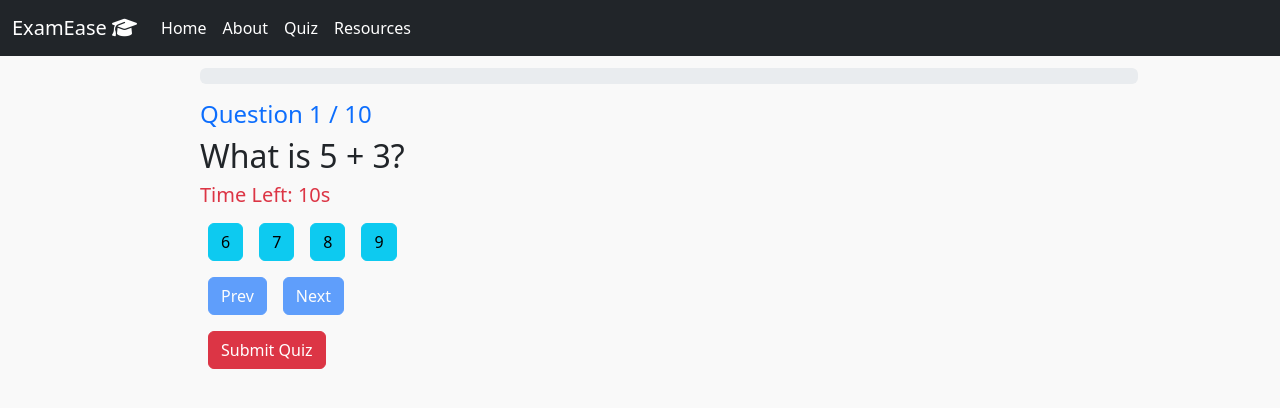
Repository: rahul-chakradhari/devquest
Page: /quiz (app in project/)
These files come from the project's save history. The page is drawn as it stood at one moment and after the next save; the edit follows.
The browser window is 1280 px wide. The pictures show the whole page.
The project was rebuilt for these pictures with package versions that can differ from the ones it lists, and the page was loaded fresh each time. Also part of the build but not shown: project/vite.config.js, project/src/components/Home.jsx, project/src/components/About.jsx, project/src/components/PerformanceAnalysis.jsx, project/src/components/Resources.jsx, project/src/index.css.

Above is the page before, as saved 2025-02-24 15:17:19.

### project/index.html
<!DOCTYPE html>
<html lang="en">
  <head>
    <meta charset="UTF-8" />
    <link rel="icon" type="image/svg+xml" href="/vite.svg" />
    <meta name="viewport" content="width=device-width, initial-scale=1.0" />
    <title>ExamEase - Interactive Quiz & Assessment System</title>
    <link
      href="https://cdn.jsdelivr.net/npm/bootstrap@5.3.3/dist/css/bootstrap.min.css"
      rel="stylesheet"
      integrity="sha384-QWTKZyjpPEjISv5WaRU9OFeRpok6YctnYmDr5pNlyT2bRjXh0JMhjY6hW+ALEwIH"
      crossorigin="anonymous"
    />
    <link rel="stylesheet" href="https://cdnjs.cloudflare.com/ajax/libs/font-awesome/6.5.1/css/all.min.css">

  </head>
  <body>
    <div id="root"></div>
    <script type="module" src="/src/main.jsx"></script>
    <script
      src="https://cdn.jsdelivr.net/npm/bootstrap@5.3.3/dist/js/bootstrap.bundle.min.js"
      integrity="sha384-YvpcrYf0tY3lHB60NNkmXc5s9fDVZLESaAA55NDzOxhy9GkcIdslK1eN7N6jIeHz"
      crossorigin="anonymous"
    ></script>
  </body>
</html>

### project/src/App.jsx
import { useState } from "react";
import "./App.css";
import React from "react";
import { BrowserRouter as Router, Routes, Route } from "react-router-dom";
import Navbar from "./components/Navbar";
import Home from "./components/Home";
import About from "./components/About";
import Quiz from "./components/Quiz";
import ProgressBar from "./components/ProgressBar";
import PerformanceAnalysis from "./components/PerformanceAnalysis";
import Resources from "./components/Resources";

function App() {
  const [count, setCount] = useState(0);
  const [questionStats, setQuestionStats] = useState({});
  return (
    <>
      <Router>
        <Navbar />
        <Routes>
          <Route path="/about" element={<About />} />
          <Route path="/" element={<Home />} />
          <Route path="/quiz" element={<Quiz />} />
          <Route path="/bar" element={<ProgressBar />} />
          <Route
            path="/performance-analysis"
            element={
              <PerformanceAnalysis questionStats={questionStats || {}} />
            }
          />
          <Route path="/res" element={<Resources />} />
        </Routes>
      </Router>
    </>
  );
}

export default App;

### project/src/App.css
.right {
  width: 900px;
  height: 400px;
}
.stl,
.welcome {
  margin-left: 600px;
}
.left {
  font-size: 12px; /* Overall text size kam hoga */
}

.welcome {
  font-size: 18px; /* Heading ke liye */
}

.stl {
  font-size: 12px; /* Description text ke liye */
}
.welcome {
  margin-top: 2px;
}

.quiz-container {
  margin-left: 200px;
  margin-top: 12px;
}
.about {
  margin-left: 12px;
  margin-top: 12px;
}
.progress {
  margin-right: 142px;
}
.resources-container {
  display: grid;
  grid-template-columns: repeat(auto-fit, minmax(250px, 1fr));
  gap: 20px;
  justify-content: center;
  max-width: 1200px;
  margin: 20px auto;
  padding: 10px;
}

.card {
  width: 100%;
  max-width: 280px;
  box-shadow: 0 4px 10px rgba(0, 0, 0, 0.2);
  border-radius: 12px;
  overflow: hidden;
  text-align: center;
  transition: transform 0.3s ease, box-shadow 0.3s ease;
  background: white;
}

.card:hover {
  transform: scale(1.05);
  box-shadow: 0 6px 15px rgba(0, 0, 0, 0.25);
}

.card-img-top {
  width: 100%;
  height: 180px;
  object-fit: cover;
  border-bottom: 2px solid #ddd;
}

.card-body {
  padding: 15px;
}

.card-title {
  font-size: 1.2rem;
  font-weight: bold;
  color: #333;
}

.card-text {
  font-size: 0.9rem;
  color: #555;
  margin: 10px 0;
}

.btn-redeem {
  background: #ff9800;
  color: white;
  padding: 8px 12px;
  border: none;
  border-radius: 5px;
  cursor: pointer;
  font-weight: bold;
  transition: background 0.3s;
}

.btn-redeem:hover {
  background: #e68900;
}
body {
  background-color: #f9f9f9;
}

.bg-white {
  background-color: white;
}

.shadow-lg {
  box-shadow: 0px 4px 6px rgba(0, 0, 0, 0.1);
}

.rounded-lg {
  border-radius: 12px;
}

### project/src/components/Navbar.jsx
import React from "react";
import { Link } from "react-router-dom";

const Navbar = () => {
  return (
    <nav className="navbar navbar-expand-lg navbar-dark bg-dark">
      <div className="container-fluid">
        <Link className="navbar-brand" to="/">
          ExamEase <i className="fa-solid fa-graduation-cap"></i>
        </Link>
        <button
          className="navbar-toggler"
          type="button"
          data-bs-toggle="collapse"
          data-bs-target="#navbarSupportedContent"
          aria-controls="navbarSupportedContent"
          aria-expanded="false"
          aria-label="Toggle navigation"
        >
          <span className="navbar-toggler-icon"></span>
        </button>
        <div className="collapse navbar-collapse" id="navbarSupportedContent">
          <ul className="navbar-nav me-auto mb-2 mb-lg-0">
            <li className="nav-item">
              <Link className="nav-link active" to="/">
                Home
              </Link>
            </li>
            <li className="nav-item">
              <Link className="nav-link active" to="/about">
                About
              </Link>
            </li>
            <li className="nav-item">
              <Link className="nav-link active" to="/quiz">
                Quiz
              </Link>
            </li>
            <li className="nav-item">
              <Link className="nav-link active" to="/res">
                Resources
              </Link>
            </li>
          </ul>
        </div>
      </div>
    </nav>
  );
};

export default Navbar;

### project/src/components/Quiz.jsx
import React, { useState, useEffect } from "react";
import ProgressBar from "./ProgressBar";
import PerformanceAnalysis from "./PerformanceAnalysis"; // Import Performance Analysis

const questions = [
  { question: "What is 5 + 3?", options: ["6", "7", "8", "9"], answer: "8" },
  { question: "What is 12 - 4?", options: ["6", "7", "8", "9"], answer: "8" },
  {
    question: "Solve: (2 + 3) × 4",
    options: ["20", "10", "25", "30"],
    answer: "20",
  },
  { question: "What is 9 ÷ 3?", options: ["1", "3", "9", "6"], answer: "3" },
  {
    question: "Solve: 15 - (4 + 3)",
    options: ["6", "8", "9", "12"],
    answer: "8",
  },
  {
    question: "What is 7 × 2?",
    options: ["10", "12", "14", "16"],
    answer: "14",
  },
  {
    question: "Solve: (8 + 2) ÷ 2",
    options: ["2", "4", "5", "6"],
    answer: "5",
  },
  {
    question: "What is 4 × 3 - 2?",
    options: ["10", "11", "12", "14"],
    answer: "10",
  },
  { question: "Solve: 6 + 4 ÷ 2", options: ["3", "5", "8", "10"], answer: "8" },
  { question: "What is 3²?", options: ["6", "9", "12", "15"], answer: "9" },
];

const Quiz = () => {
  const [currentQuestion, setCurrentQuestion] = useState(0);
  const [selectedAnswers, setSelectedAnswers] = useState({});
  const [timeLeft, setTimeLeft] = useState(15);
  const [score, setScore] = useState(null);
  const [showFeedback, setShowFeedback] = useState(false);
  const [correctAnswers, setCorrectAnswers] = useState([]); // Store correct answers

  useEffect(() => {
    if (timeLeft === 0) {
      handleNext();
      return;
    }
    const timer = setTimeout(() => setTimeLeft(timeLeft - 1), 1000);
    return () => clearTimeout(timer);
  }, [timeLeft]);

  useEffect(() => {
    setTimeLeft(15);
  }, [currentQuestion]);

  const handleNext = () => {
    if (currentQuestion < questions.length - 1) {
      setCurrentQuestion(currentQuestion + 1);
    }
  };

  const handlePrev = () => {
    if (currentQuestion > 0) {
      setCurrentQuestion(currentQuestion - 1);
    }
  };

  const handleAnswerClick = (option) => {
    setSelectedAnswers({
      ...selectedAnswers,
      [currentQuestion]: option,
    });
  };

  const handleSubmit = () => {
    let calculatedScore = 0;
    let correctAnswersList = [];

    questions.forEach((q, index) => {
      const userAnswer = selectedAnswers[index];
      if (userAnswer === q.answer) {
        calculatedScore += 1;
        correctAnswersList.push(index + 1); // Store correct question indexes
      }
    });

    setScore(calculatedScore);
    setCorrectAnswers(correctAnswersList);
    setShowFeedback(true);
  };

  const restartQuiz = () => {
    setCurrentQuestion(0);
    setSelectedAnswers({});
    setTimeLeft(15);
    setScore(null);
    setShowFeedback(false);
    setCorrectAnswers([]);
  };

  const getFeedback = () => {
    if (score >= 8)
      return { message: "🎉 Excellent! Keep it up!", color: "text-success" };
    if (score >= 5)
      return {
        message: "🙂 Average scorer! You can do better!",
        color: "text-warning",
      };
    return {
      message: "😟 Low grade! Please improve yourself.",
      color: "text-danger",
    };
  };

  return (
    <div className="quiz-container">
      <ProgressBar
        answeredQuestions={Object.keys(selectedAnswers).length}
        totalQuestions={questions.length}
        correctCount={score ?? 0}
        previousCorrect={0}
        showFinalResult={showFeedback}
      />

      {showFeedback ? (
        <>
          <h2 className="text-success">Quiz Completed!</h2>
          <h3 className="text-primary">
            Your Score: {score} / {questions.length}
          </h3>
          <h4 className={getFeedback().color}>{getFeedback().message}</h4>

          <div className="feedback mt-3">
            {questions.map((q, index) => (
              <p
                key={index}
                className={`text-${
                  selectedAnswers[index] === q.answer ? "success" : "danger"
                }`}
              >
                {index + 1}. {q.question} -{" "}
                {selectedAnswers[index] === q.answer
                  ? " ✅ Correct"
                  : ` ❌ Incorrect (Correct: ${q.answer})`}
              </p>
            ))}
          </div>

          {/* Performance Analysis Component */}
          <PerformanceAnalysis correctAnswers={correctAnswers} />

          <button
            type="button"
            className="btn btn-warning mt-3"
            onClick={restartQuiz}
          >
            Restart Quiz
          </button>
        </>
      ) : (
        <>
          <h4 className="text-primary">
            Question {currentQuestion + 1} / {questions.length}
          </h4>
          <h2>{questions[currentQuestion].question}</h2>
          <h5 className="text-danger">Time Left: {timeLeft}s</h5>

          <div className="options mt-3">
            {questions[currentQuestion].options.map((option, index) => {
              const isSelected = selectedAnswers[currentQuestion] === option;
              return (
                <button
                  key={index}
                  type="button"
                  className={`btn ${
                    isSelected ? "btn-success" : "btn-info"
                  } mx-2`}
                  onClick={() => handleAnswerClick(option)}
                >
                  {option}
                </button>
              );
            })}
          </div>

          <div className="quiz-controls mt-3">
            <button
              type="button"
              className="btn btn-primary mx-2"
              onClick={handlePrev}
              disabled={currentQuestion === 0}
            >
              Prev
            </button>

            <button
              type="button"
              className="btn btn-primary mx-2"
              onClick={handleNext}
              disabled={!selectedAnswers[currentQuestion]}
            >
              Next
            </button>
          </div>

          <div className="submit-section mt-3">
            <button
              type="button"
              className="btn btn-danger mx-2"
              onClick={handleSubmit}
            >
              Submit Quiz
            </button>
          </div>
        </>
      )}
    </div>
  );
};

export default Quiz;

### project/src/components/ProgressBar.jsx
import React, { useState } from "react";

const ProgressBar = ({
  answeredQuestions,
  totalQuestions,
  correctCount,
  previousCorrect,
  showFinalResult,
  correctHistory,
}) => {
  const [showHistory, setShowHistory] = useState(false);

  const progressPercentage = (answeredQuestions / totalQuestions) * 100;
  const changeInCorrect =
    previousCorrect !== null && correctCount !== null
      ? correctCount - previousCorrect
      : 0;

  return (
    <div className="progress-container mb-3">
      <div
        className="progress"
        onClick={() => setShowHistory(!showHistory)}
        style={{ cursor: "pointer" }}
      >
        <div
          className="progress-bar bg-success"
          role="progressbar"
          style={{ width: `${progressPercentage}%` }}
        >
          {answeredQuestions} / {totalQuestions} Answered
        </div>
      </div>

      {/* ✅ Show correct answers only when quiz is completed */}
      {showFinalResult && (
        <h5 className="text-primary mt-2">
          ✅ Correct Answers: {correctCount} / {totalQuestions}
        </h5>
      )}

      {/* ✅ Show previous history on click */}
      {showHistory && correctHistory.length > 0 && (
        <div className="history mt-2">
          <h6 className="text-info">📜 Previous Scores:</h6>
          <ul>
            {correctHistory.map((score, index) => (
              <li key={index} className="text-success">
                Attempt {index + 1}: {score} / {totalQuestions}
              </li>
            ))}
          </ul>
        </div>
      )}

      {answeredQuestions > 0 && changeInCorrect !== 0 && (
        <h6 className={changeInCorrect > 0 ? "text-success" : "text-danger"}>
          {changeInCorrect > 0
            ? `⬆️ +${changeInCorrect} improvement`
            : `⬇️ ${changeInCorrect} decrease`}
        </h6>
      )}
    </div>
  );
};

export default ProgressBar;

Loaded but not shown: project/src/main.jsx (common file)

After the next save:
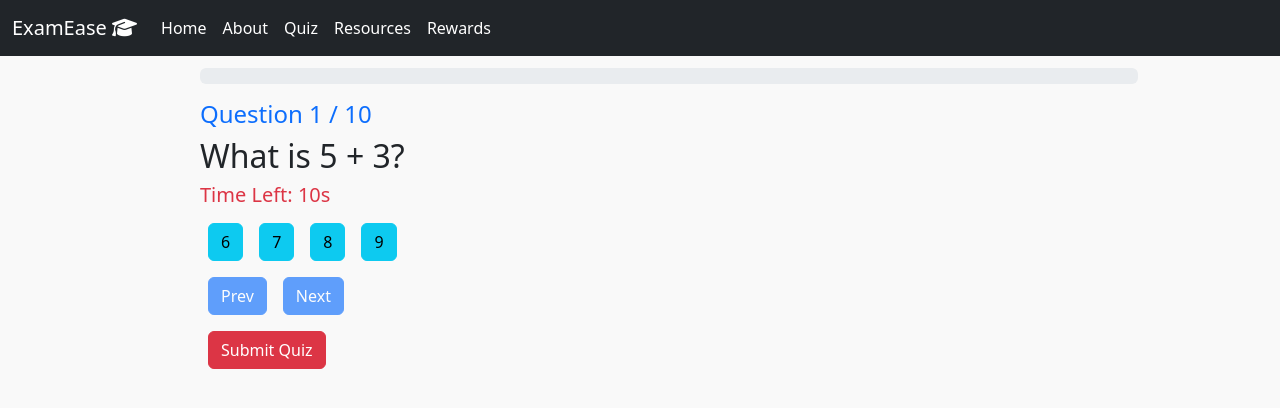
Saved 19 s later.
--- a/project/src/components/Navbar.jsx
+++ b/project/src/components/Navbar.jsx
@@ -41,6 +41,11 @@ const Navbar = () => {
                 Resources
               </Link>
             </li>
+            <li className="nav-item">
+              <Link className="nav-link active" to="/rew">
+                Rewards
+              </Link>
+            </li>
           </ul>
         </div>
       </div>
